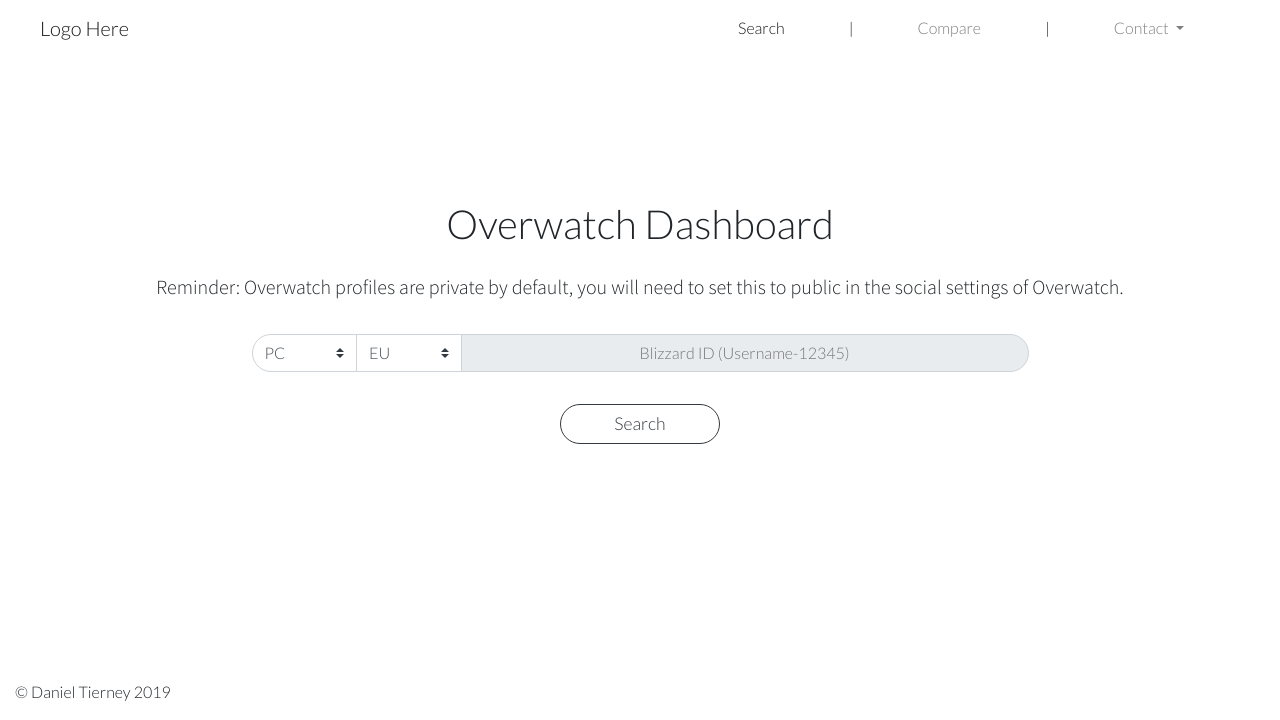
Repository: Cobonkoi/overwatch-dashboard
Page: index.html
The author's editor kept a record of every edit. The page is drawn from the files as they stood at one moment, then again after the next edit.
The browser window is 1280 px wide. The pictures show the whole page.

Above is the page before.

### index.html
<!DOCTYPE html>
<html lang="en">

<head>
    <meta charset="UTF-8">
    <meta name="viewport" content="width=device-width, initial-scale=1.0">
    <meta http-equiv="X-UA-Compatible" content="ie=edge">
    <title>Overwatch Dashboard</title>
    <link rel="stylesheet" href="libraries/bootstrap.min.css" type="text/css" />
    <link rel="stylesheet" href="https://stackpath.bootstrapcdn.com/font-awesome/4.7.0/css/font-awesome.min.css" type="text/css" />
    <link href="https://fonts.googleapis.com/css?family=Lato:300|Source+Sans+Pro:300&display=swap" rel="stylesheet">
    <link rel="stylesheet" href="assets/css/style.css" type="text/css" />
</head>

<body>
    <!-- NAVBAR -->
    <nav class="navbar navbar-expand-sm navbar-light">
        <a href="index.html" class="navbar-brand ml-4">Logo Here</a>

        <button class="navbar-toggler ml-auto" type="button" data-toggle="collapse" data-target="#navbarNavDropdown" aria-controls="navbarNavDropdown" aria-expanded="false" aria-label="Toggle navigation">
            <span class="navbar-toggler-icon"></span></button>

        <div class="collapse navbar-collapse" id="navbarNavDropdown">
            <ul class="navbar-nav ml-auto mr-4">
                <li class="active nav-item mr-5"><a class="nav-link" href="search.html">Search</a></li>
                <li class="active mr-5 d-none d-sm-block"><a class="nav-link">|</a></li>
                <li class="nav-item mr-5"><a class="nav-link" href="compare.html">Compare</a></li>
                <li class="active mr-5 d-none d-sm-block"><a class="nav-link">|</a></li>
                <li class="nav-item dropdown mr-5">
                    <a class="nav-link dropdown-toggle" href="" id="navbarDropdownMenuLink" role="button" data-toggle="dropdown" aria-haspopup="true" aria-expanded="false">
                      Contact
                    </a>
                    <div class="dropdown-menu" aria-labelledby="navbarDropdownMenuLink">
                        <a class="dropdown-item" href="#">Feature Request</a>
                        <a class="dropdown-item" href="#">Bug Report</a>
                    </div>
                </li>
            </ul>
        </div>
    </nav>
    <!-- /NAVBAR -->

    <!-- HEADER -->
    <div class="container-fluid callout-container">
        <div class="row">
            <div class="col-12 mb-3">
                <h1 class="text-center" id="index-title">Overwatch Dashboard</h1>
            </div>
        </div>
    </div>

    <div class="container-fluid reminder-container">
        <div class="row">
            <div class="col-12 mb-3">
                <p class="lead text-center">Reminder: Overwatch profiles are private by default, you will need to set this to public in the social settings of Overwatch.</p>
            </div>
        </div>
    </div>
    <!-- /HEADER -->

    <!-- SEARCH -->
    <div class="container search-container text-center">
        <div class="row">
            <div class="col-12 mb-3">
                <form class="form-inline" id="search-form">
                    <div class="input-group mb-3 mx-auto">
                        <select class="custom-select rounded-left--search" id="search-form-platform" onchange="changeUsernamePlaceholder(); changeRegionHidden();" required>
                            <option disabled>Platform...</option>
                            <option value="pc">PC</option>
                            <option value="psn">PS4</option>
                            <option value="xbl">Xbox</option>
                        </select>
                        <select class="custom-select" id="search-form-region" required>
                            <option disabled>Region...</option>
                            <option value="eu">EU</option>
                            <option value="us">US</option>
                            <option value="asia">Asia</option>
                        </select>
                        <div class="input-group-append">
                            <input type="text" class="input-group-text rounded-right--search" id="search-form-username" placeholder="Blizzard ID (Username-12345)" size="65" required></input>
                        </div>
                    </div>
                </form>
            </div>
        </div>
    </div>

    <div class="container-fluid text-center before-footer">
        <div class="row">
            <div class="col-12">
                <button type="submit" class="btn btn-outline-dark btn-rounded btn--search" onclick="writeToDocument('https://ow-api.com/v1/stats/')" form="search-form">Search</button>
            </div>
        </div>
    </div>
    <!-- /SEARCH -->

    <!-- <div class="container-fluid">
        <div class="row">
            <div class="col-12">
                <div>Games: </div>
                <div id="stat-games"></div><br>
                <div>Test Usernames: <br> Zael-2375 (PC, EU)<br> Sharpy-2695 (PC, EU)<br> MLGesus-21679 (PC, EU)<br> LicensedCntrctr (Xbox, US)<br> Ignortion (PS4, US)<br> NekoGirlMx (PS4, Asia)<br> shon bilinkis (Xbox, Asia)</div>
            </div>
        </div>
    </div> /-->

    <!-- FOOTER -->
    <footer class="footer">
        <div class="container-fluid">
            <div class="row">
                <div class="col-12 text-left">
                    <p>© Daniel Tierney 2019</p>
                </div>
            </div>
        </div>
    </footer>
    <!-- /FOOTER -->

    <!-- SCRIPTS -->
    <script src="libraries/jquery.slim.min.js"></script>
    <script src="libraries/bootstrap.bundle.min.js"></script>
    <script type="text/javascript" src="assets/javascript/main.js"></script>
    <!-- /SCRIPTS -->

</body>
</html>

### assets/css/style.css
html, body {
  height: 100%;
}

body {
    font-family: 'Lato', sans-serif;
    display: flex;
    flex-direction: column;
}

/* -- FOOTER -- */

.before-footer {
    flex: 1 0 auto;
}

.footer {
    flex-shrink: 0;
}

/* -- CONTAINERS -- */

.callout-container {
    height: 30vh;

    display: flex;
    align-items: flex-end;
    justify-content: center;
}

.reminder-container {
    font-family: 'Source Sans Pro', sans-serif;

    align-items: center;
    justify-content: center;
}

.search-container {
    align-items: center;
    justify-content: center;
}

/* -- FORM ASSETS -- */

.rounded-left--search {
    border-top-left-radius: 10rem;
    border-bottom-left-radius: 10rem;
}

.rounded-right--search {
    border-top-right-radius: 10rem;
    border-bottom-right-radius: 10rem;
}

/* -- BUTTONS -- */

.btn--search {
    font-size:1.1rem;
    border-radius: 10rem;
    width: 10rem;
}

### assets/javascript/main.js
const baseURL = "https://ow-api.com/v1/stats/";


function getData(type, cb) {
    var xhr = new XMLHttpRequest();

    var platform = document.getElementById("search-form-platform").value;
    var region = document.getElementById("search-form-region").value;
    var username = document.getElementById("search-form-username").value;

    if (platform == "pc") {
        var profileUrl = baseURL + platform + "/" + region + "/" + username + "/complete";
    } else {
        var profileUrl = baseURL + platform + "/"  + username + "/complete";
    }

    xhr.onreadystatechange = function() {
        if (this.readyState == 4 && this.status == 200) {
            cb(JSON.parse(this.responseText));
        }
    };

    xhr.open("GET", profileUrl);
    xhr.send();
}

function writeToDocument(type) {
    getData(type, function(data) {
        console.dir(data);
        document.getElementById("stat-games").innerHTML = `Played ${data.competitiveStats.games.played} / Won ${data.competitiveStats.games.won}`;
    });
}

function changeUsernamePlaceholder() {
    if (document.getElementById("search-form-platform").value == "pc") {
        document.getElementById("search-form-username").placeholder = "Blizzard ID (Username-12345)";
    } else if (document.getElementById("search-form-platform").value == "xbl") {
        document.getElementById("search-form-username").placeholder = "Gamertag";
    } else if (document.getElementById("search-form-platform").value == "psn") {
        document.getElementById("search-form-username").placeholder = "PSN ID";
    }
}

function changeRegionHidden() {
    if (document.getElementById("search-form-platform").value == "pc") {
        var regionDropdown = document.getElementById("search-form-region");
        regionDropdown.removeAttribute("hidden");
    } else if (document.getElementById("search-form-platform").value == "xbl") {
        var regionDropdown = document.getElementById("search-form-region");
        regionDropdown.setAttribute("hidden", true);
    } else if (document.getElementById("search-form-platform").value == "psn") {
        var regionDropdown = document.getElementById("search-form-region");
        regionDropdown.setAttribute("hidden", true);
    }
}

Loaded but not shown: libraries/bootstrap.min.css (library); libraries/jquery.slim.min.js (library); libraries/bootstrap.bundle.min.js (library)

After the next edit:
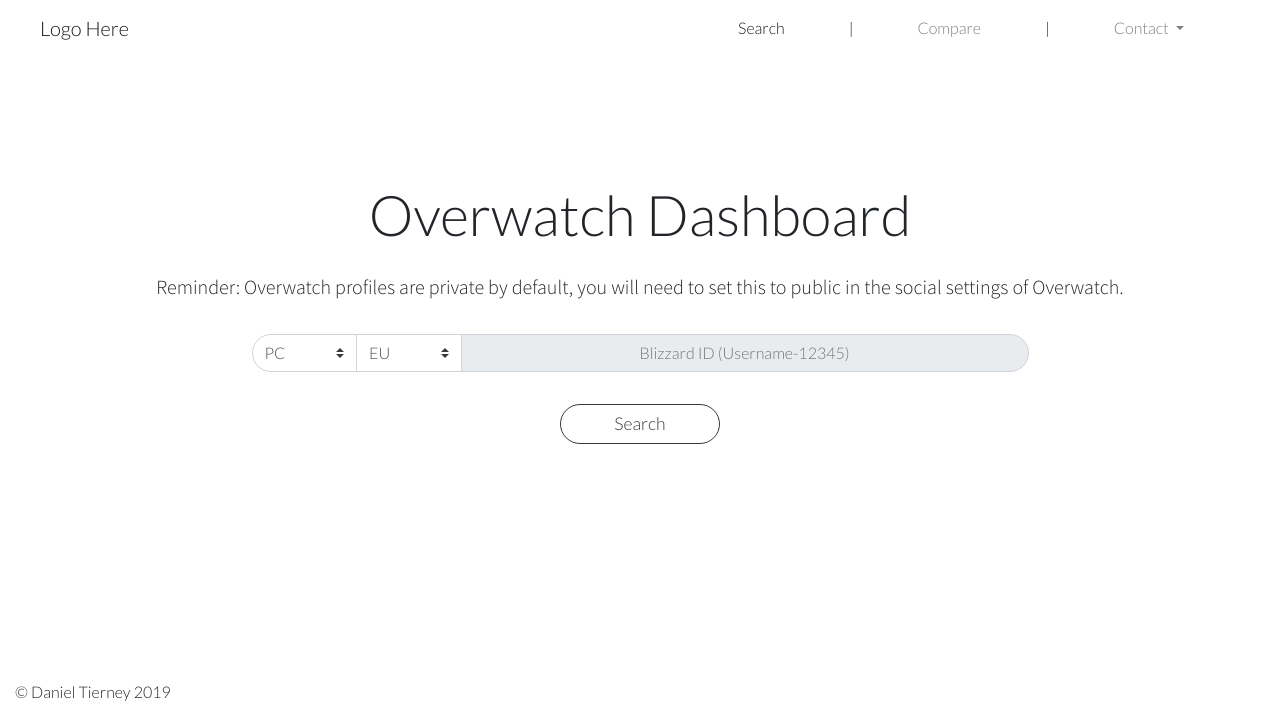
The edit:
--- a/assets/css/style.css
+++ b/assets/css/style.css
@@ -59,3 +59,9 @@
     border-radius: 10rem;
     width: 10rem;
 }
+
+/* -- HEADERS -- */
+
+#index-title {
+    font-size: 3.5rem;
+}
